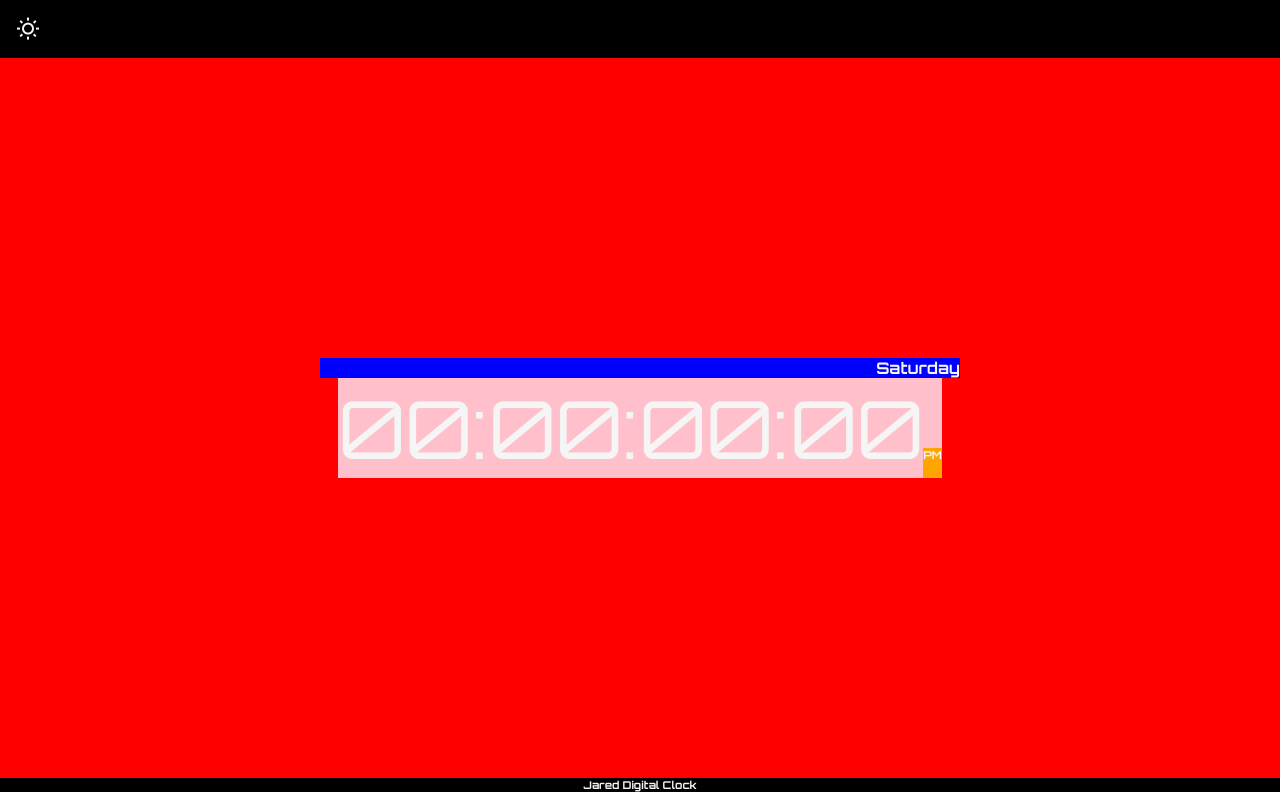
Repository: EguJaredoBoyd/Jared-Digital-Clock
Page: index.html
The author's editor kept a copy of each file at every save. The page is drawn from the files as they stood at one save, then again after the next save.
The browser window is 1280 px wide. The pictures show the whole page.
Some web libraries are served in a nearby version.

Above is the page before, as saved 2026-01-04 00:00:16.

After the next save:
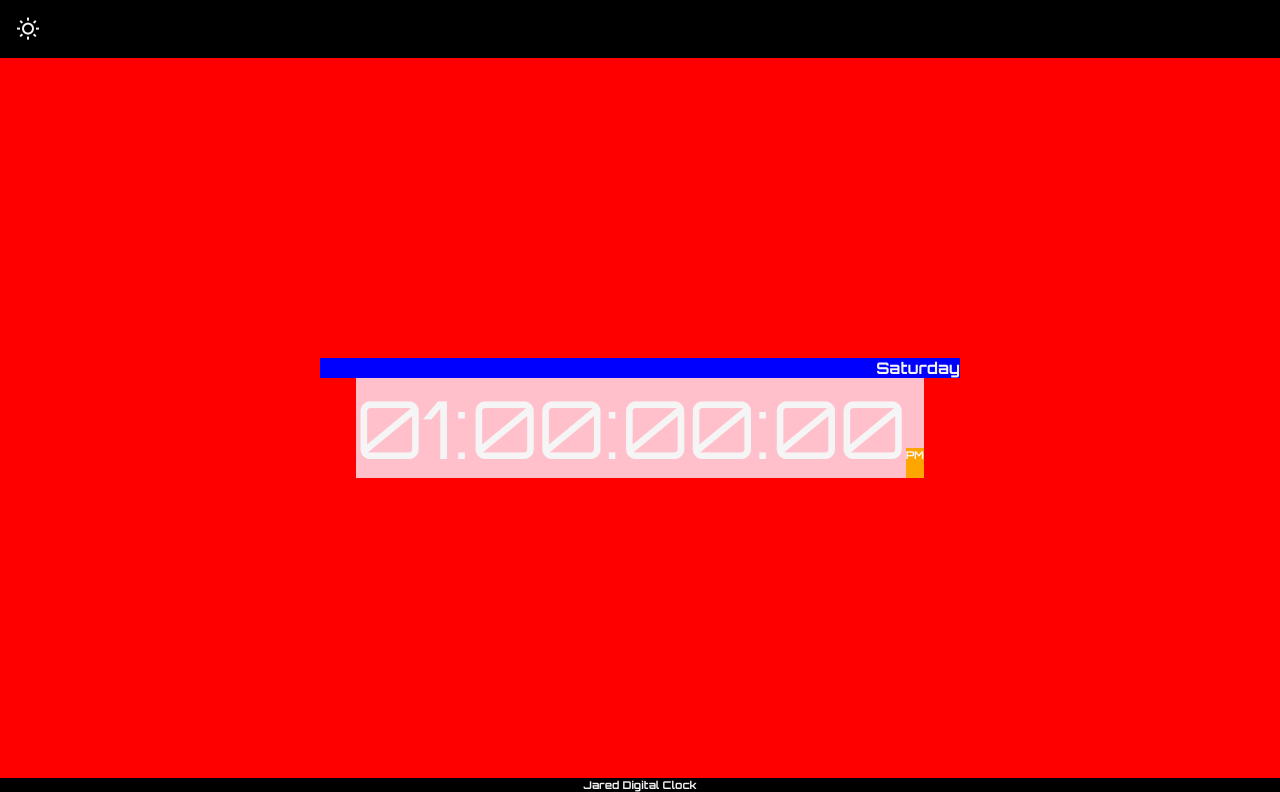
Saved 24 s later.
--- a/index.html
+++ b/index.html
@@ -27,7 +27,7 @@
           <h4>Saturday</h4>
         </div>
         <div class="watch-container__time">
-          <p>00:00:00:00</p>
+          <p>01:00:00:00</p>
           <h6>PM</h6>
         </div>
       </div>

After the save that followed:
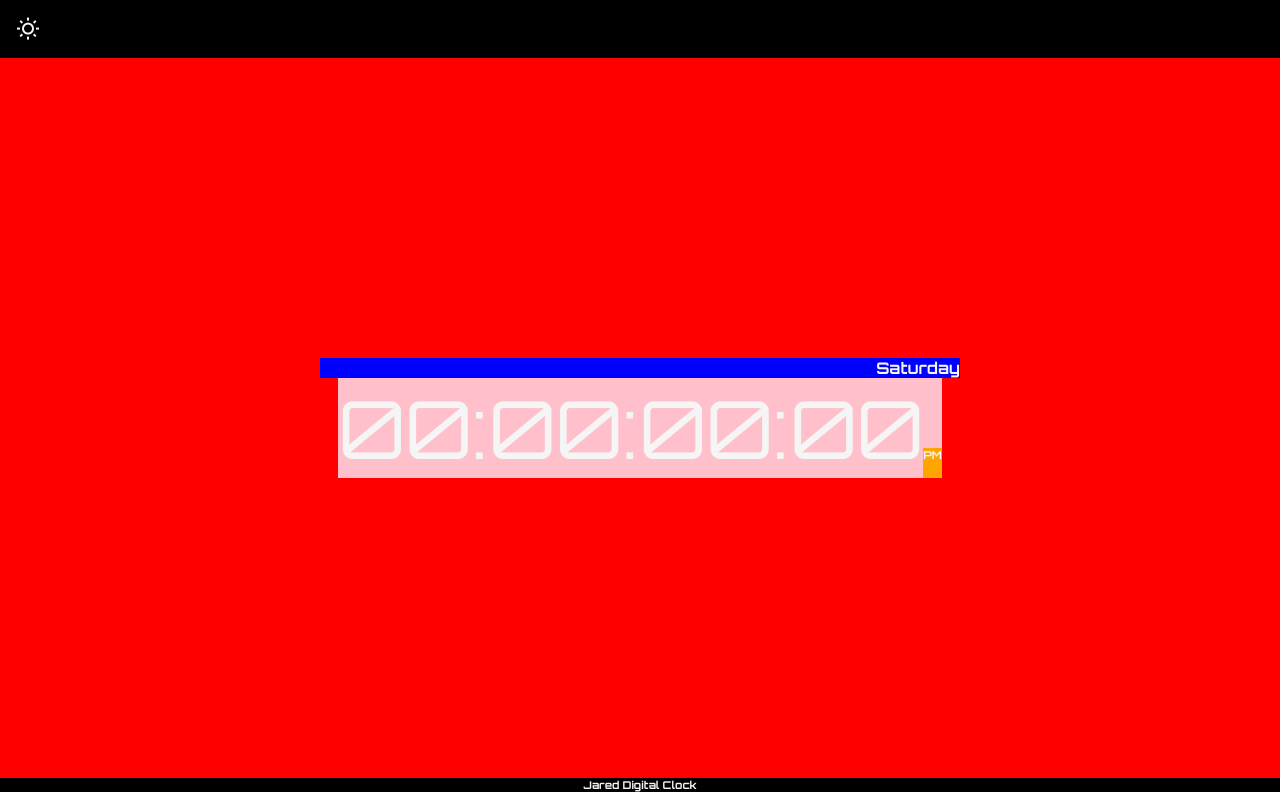
Saved 4 s later.
--- a/index.html
+++ b/index.html
@@ -27,7 +27,7 @@
           <h4>Saturday</h4>
         </div>
         <div class="watch-container__time">
-          <p>01:00:00:00</p>
+          <p>00:00:00:00</p>
           <h6>PM</h6>
         </div>
       </div>
